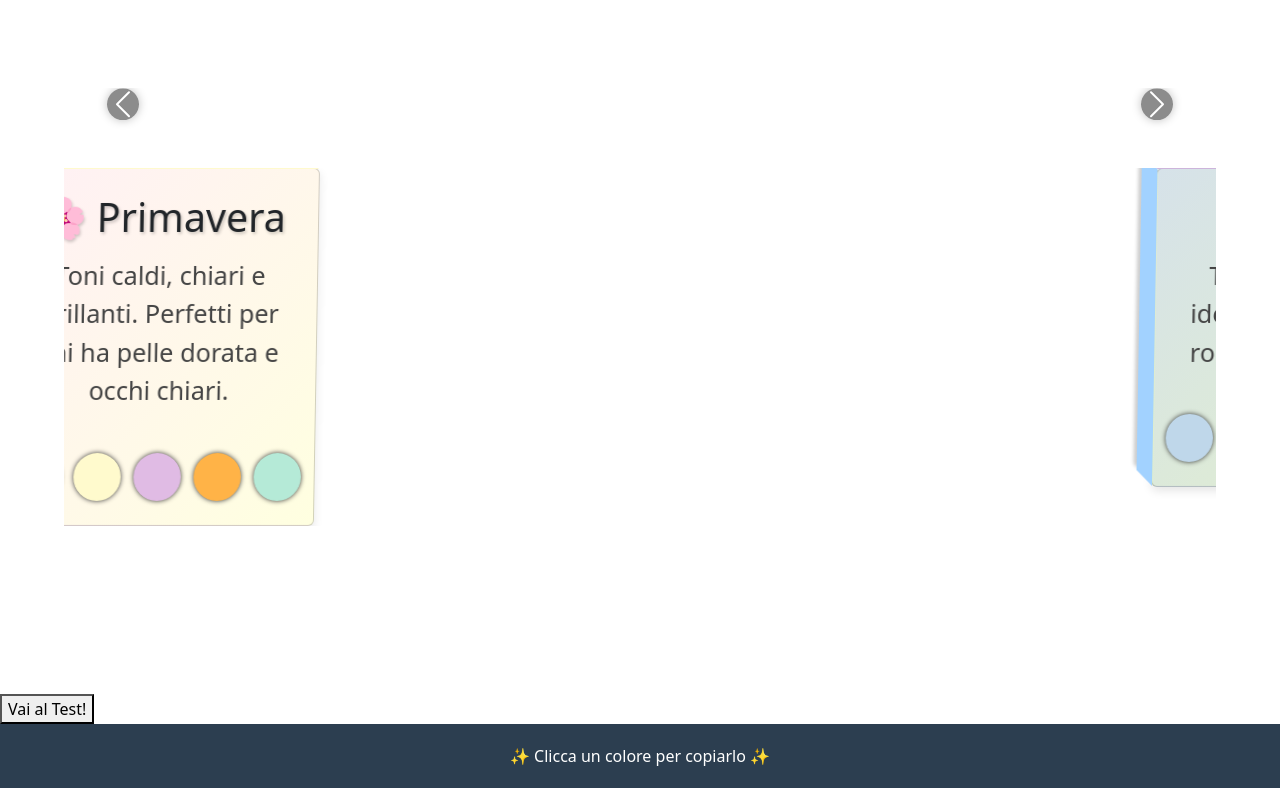
Repository: Probyte5D/Armocromia-website
Page: index.html
These files come from the project's save history. The page is drawn as it stood at one moment and after the next save; the edit follows.
The browser window is 1280 px wide. The pictures show the part of the page from y = 432 to 1220 px (the page is 1220 px tall before and 1104 px after).

Above is the page before, as saved 2025-04-18 02:45:05.

### index.html
<!DOCTYPE html>
<html lang="it">
<head>
  <meta charset="UTF-8" />
  <meta name="viewport" content="width=device-width, initial-scale=1.0" />
  <title>Armocromia - Scopri la tua stagione</title>
  <link rel="stylesheet" href="style.css" />
  <!-- Bootstrap CSS -->
  <link href="https://cdn.jsdelivr.net/npm/bootstrap@5.3.0-alpha1/dist/css/bootstrap.min.css" rel="stylesheet">
  <!-- Bootstrap JS e Popper.js (per alcuni componenti interattivi) -->
  <script src="https://cdn.jsdelivr.net/npm/@popperjs/core@2.11.6/dist/umd/popper.min.js"></script>
  <script src="https://cdn.jsdelivr.net/npm/bootstrap@5.3.0-alpha1/dist/js/bootstrap.min.js"></script>
</head>

<body>
  <!-- Navigation Bar -->
  <nav>
    <ul>
      <li><a href="#">Home</a></li>
      <li><a href="test.html">Test Armocromia</a></li>
      <li><a href="#">Chi Siamo</a></li>
    </ul>
  </nav>

  <!-- Header con sfondo sfuocato -->
  <header>
    <h1>🌈 Armocromia</h1>
    <p>Scopri le palette perfette per la tua stagione.</p>
  </header>

  <main>
    <!-- Carosello delle stagioni -->
    <section class="carousel-container">
      <div id="carouselExample" class="carousel slide" data-bs-ride="carousel">
        <div class="carousel-inner">
          <!-- Card Primavera -->
          <div class="carousel-item active">
            <div class="card primavera">
              <h3>🌸 Primavera</h3>
              <p>Toni caldi, chiari e brillanti. Perfetti per chi ha pelle dorata e occhi chiari.</p>
              <div class="palette">
                <div class="color" style="background-color: #FFD1DC;"></div>
                <div class="color" style="background-color: #FFFACD;"></div>
                <div class="color" style="background-color: #E0BBE4;"></div>
                <div class="color" style="background-color: #FFB347;"></div>
                <div class="color" style="background-color: #B5EAD7;"></div>
              </div>
            </div>
          </div>

          <!-- Card Estate -->
          <div class="carousel-item">
            <div class="card estate">
              <h3>☀️ Estate</h3>
              <p>Toni freddi e soft, ideali per carnagioni rosate e occhi chiari.</p>
              <div class="palette">
                <div class="color" style="background-color: #BFD7EA;"></div>
                <div class="color" style="background-color: #D6E2E9;"></div>
                <div class="color" style="background-color: #A2D2FF;"></div>
                <div class="color" style="background-color: #CDB4DB;"></div>
                <div class="color" style="background-color: #E2F0CB;"></div>
              </div>
            </div>
          </div>

          <!-- Card Autunno -->
          <div class="carousel-item">
            <div class="card autunno">
              <h3>🍁 Autunno</h3>
              <p>Toni caldi, intensi e terrosi. Per incarnati dorati e occhi scuri o verdi.</p>
              <div class="palette">
                <div class="color" style="background-color: #D2691E;"></div>
                <div class="color" style="background-color: #C3B091;"></div>
                <div class="color" style="background-color: #A0522D;"></div>
                <div class="color" style="background-color: #F4A460;"></div>
                <div class="color" style="background-color: #B22222;"></div>
              </div>
            </div>
          </div>

          <!-- Card Inverno -->
          <div class="carousel-item">
            <div class="card inverno">
              <h3>❄️ Inverno</h3>
              <p>Toni freddi e contrastati, perfetti per pelli olivastre e capelli scuri.</p>
              <div class="palette">
                <div class="color" style="background-color: #000000;"></div>
                <div class="color" style="background-color: #4169E1;"></div>
                <div class="color" style="background-color: #8A2BE2;"></div>
                <div class="color" style="background-color: #FF1493;"></div>
                <div class="color" style="background-color: #00CED1;"></div>
              </div>
            </div>
          </div>
        </div>

    <!-- Controlli per il carosello -->
<button class="carousel-control-prev" type="button" data-bs-target="#carouselExample" data-bs-slide="prev">
  <span class="carousel-control-prev-icon" aria-hidden="true"></span>
  <span class="visually-hidden">Precedente</span>
</button>
<button class="carousel-control-next" type="button" data-bs-target="#carouselExample" data-bs-slide="next">
  <span class="carousel-control-next-icon" aria-hidden="true"></span>
  <span class="visually-hidden">Successivo</span>
</button>

      </div>
    </section>

    <!-- Bottone per andare al test -->
    <section class="test-link">
      <a href="test.html">
        <button id="vai-al-test">Vai al Test!</button>
      </a>
    </section>
  </main>

  <!-- Footer -->
  <footer>
    <p>✨ Clicca un colore per copiarlo ✨</p>
  </footer>

  <script src="script.js">


  var myCarousel = document.querySelector('#carouselExample');
  var carousel = new bootstrap.Carousel(myCarousel);

  </script>
</body>
</html>

### style.css
/* Base styles */
body {
  font-family: 'Roboto', sans-serif;
  margin: 0;
  padding: 0;
  background-color: #f0f0f0;
}

.html{
  font-size: 62.5%;
}
/* Header */
header {
  background-image: url('https://images.unsplash.com/photo-1558452337-ca6e53836504?w=500&auto=format&fit=crop&q=60&ixlib=rb-4.0.3&ixid=M3wxMjA3fDB8MHxzZWFyY2h8MTMyfHxhcm1vY3JvbWlhJTIwcGFsZXR0ZSUyMHBpdHR1cmF8ZW58MHx8MHx8fDI%3D');
  background-size: cover;
  background-position: center;
  height: 60vh;
  color: white;
  display: flex;
  flex-direction: column;
  justify-content: center;
  align-items: center;
  text-shadow: 2px 2px 10px rgba(0, 0, 0, 0.6);
  position: relative;
}

header::before {
  content: '';
  position: absolute;
  top: 0;
  left: 0;
  width: 100%;
  height: 100%;
  background: rgba(0, 0, 0, 0.4);
}

header h1 {
  font-size: 3rem;
  margin: 0;
}

header p {
  font-size: 1.5rem;
  margin-top: 10px;
}

/* Navigation Bar */
nav {
  position: fixed;
  top: 0;
  left: 0;
  width: 100%;
  background-color: #2C3E50;
  padding: 15px 30px;
  z-index: 1000;
}

nav ul {
  display: flex;
  justify-content: space-around;
  list-style: none;
  margin: 0;
  padding: 0;
}

nav ul li {
  font-size: 1.2rem;
}

nav ul li a {
  color: white;
  text-decoration: none;
  padding: 10px 20px;
  border-radius: 5px;
  transition: background-color 0.3s ease;
}

nav ul li a:hover {
  background-color: #3498db;
}

/* Carosello e Cards */
.carousel {
  display: flex;
  justify-content: space-between;
  gap: 20px;
  margin: 40px 0;
  overflow-x: auto;
  padding: 20px;
}

.card {
  width: 250px;
  padding: 20px;
  background-color: white;
  border-radius: 10px;
  box-shadow: 0 4px 10px rgba(0, 0, 0, 0.1);
  transition: transform 0.3s ease;
}

.card:hover {
  transform: scale(1.05);
}

.card h3 {
  font-size: 1.5rem;
  margin-bottom: 15px;
}

.card p {
  font-size: 1.1rem;
  color: #555;
}

.palette {
  display: flex;
  justify-content: space-between;
  gap: 10px;
  margin-top: 10px;
}

.color {
  width: 50px;
  height: 50px;
  border-radius: 8px;
  box-shadow: 0 4px 8px rgba(0, 0, 0, 0.1);
}

/* Footer */
footer {
  text-align: center;
  padding: 20px;
  background-color: #2C3E50;
  color: white;
}

footer p {
  font-size: 1rem;
  margin: 0;
}

/* Media Queries */
@media (max-width: 768px) {
  header h1 {
    font-size: 2.5rem;
  }

  header p {
    font-size: 1.2rem;
  }

  nav ul {
    flex-direction: column;
    align-items: center;
  }

  nav ul li {
    margin: 10px 0;
  }

  .carousel {
    flex-direction: column;
    align-items: center;
  }
}

.carousel {
  display: flex;
  flex-wrap: wrap;
  justify-content: center;
  gap: 3rem;
  padding: 5rem 2rem;
}

.card {
  position: relative;
  width: 30rem;
  padding: 3rem;
  border-radius: 1.5rem;
  background-color: rgba(255, 255, 255, 0.9);
  box-shadow: 0.8rem 0.8rem 2rem rgba(0, 0, 0, 0.3);
  transform: rotateY(10deg) skewX(-1deg);
  transition: transform 0.4s, box-shadow 0.4s;
  display: flex;
  flex-direction: column;
  align-items: center;
  text-align: center;
}

.card:hover {
  transform: rotateY(10deg) skewX(-1deg) translateY(-1rem);
  box-shadow: 1.5rem 1.5rem 3rem rgba(0, 0, 0, 0.4);
}

.card::before {
  content: "";
  position: absolute;
  top: 0;
  left: -1rem;
  width: 1rem;
  height: 100%;
  background-color: #bba584;
  transform: skewY(45deg);
  transform-origin: right;
  box-shadow: -.2rem -.2rem .2rem rgba(0,0,0,0.2);
}

.card::after {
  content: "";
  position: absolute;
  top: -1rem;
  left: 0;
  width: 100%;
  height: 1rem;
  background-color: #eee1c6;
  transform: skewX(45deg);
  transform-origin: bottom;
  box-shadow: -.2rem -.2rem .2rem rgba(0,0,0,0.2);
}

.card h3 {
  font-size: 2.5rem;
  margin-bottom: 1rem;
  text-shadow: 0.1rem 0.1rem 0.2rem #00000033;
}

.card p {
  font-size: 1.6rem;
  font-weight: 500;
  margin-bottom: 2rem;
  color: #444;
}

.palette {
  display: flex;
  gap: 0.8rem;
}

.color {
  width: 3rem;
  height: 3rem;
  border-radius: 50%;
  box-shadow: 0 0 0.3rem #333;
  cursor: pointer;
  transition: transform 0.3s;
}

.color:hover {
  transform: scale(1.2);
}

.primavera {
  background: linear-gradient(135deg, #fff0f5, #ffffe0);
  border-left: 1rem solid #ffd1dc;
}
.primavera::before {
  background-color: #ffb6c1;
}
.primavera::after {
  background-color: #fffacd;
}

.estate {
  background: linear-gradient(135deg, #d6e2e9, #e2f0cb);
  border-left: 1rem solid #a2d2ff;
}
.estate::before {
  background-color: #a2d2ff;
}
.estate::after {
  background-color: #cdb4db;
}

.autunno {
  background: linear-gradient(135deg, #fff5e1, #f4a460);
  border-left: 1rem solid #a0522d;
}
.autunno::before {
  background-color: #d2691e;
}
.autunno::after {
  background-color: #c3b091;
}

.inverno {
  background: linear-gradient(135deg, #e0e0e0, #d1d1ff);
  border-left: 1rem solid #8a2be2;
}
.inverno::before {
  background-color: #000000;
}
.inverno::after {
  background-color: #4169e1;
}



 /* Carosello delle stagioni */
.carousel-container {
  padding: 3rem 2rem;
  position: relative; /* Assicurati che le frecce siano posizionate rispetto a questa sezione */
}

.carousel-inner {
  display: flex;
  overflow: hidden;
}

.carousel-item {
  flex: 0 0 auto;
  width: 250px; /* Ridotto per dare spazio alle frecce */
  margin-right: 20px;
  transition: transform 0.3s ease;
}

.card {
  position: relative;
  width: 20rem; /* La card si adatta alla larghezza impostata */
  padding: 1.5rem;
  background-color: rgba(255, 255, 255, 0.9);
  border-radius: 1rem;
  box-shadow: 0 4px 10px rgba(0, 0, 0, 0.1);
  transition: transform 0.2s ease;
  display: flex;
  flex-direction: column;
  align-items: center;
  text-align: center;

}


/* Stile per le frecce */
.carousel-control-prev-icon,
.carousel-control-next-icon {
  background-color: rgba(0, 0, 0, 0.9); /* Maggiore contrasto per la visibilità */
  border-radius: 50%;
  width: 40px;  /* Aumenta la dimensione della freccia */
  height: 40px;
  background-size: 30px; /* Dimensioni dell'icona */
  margin-top: 2rem;
  box-shadow: 0 0 10px rgba(0, 0, 0, 0.5); /* Aggiungi ombra per maggiore visibilità */
}

.carousel-control-prev,
.carousel-control-next {
  position: absolute;
  top: 50%;
  transform: translateY(-50%);
  z-index: 15; /* Assicurati che siano sopra le cards */
  background-color: rgba(17, 17, 17, 0.5); /* Colore di sfondo delle frecce */
  padding: 10px;
  border-radius: 50%;
  cursor: pointer; /* Aggiungi un cursore per l'interattività */
}

.carousel-control-prev {
  left: 10px; /* Posizione della freccia sinistra */
  color: #000000;
}

.carousel-control-next {
  right: 10px; /* Posizione della freccia destra */
}

/* Responsività per schermi più piccoli */
@media (max-width: 768px) {
  .carousel-item {
    width: 100%;
  }
}

### script.js
/*document.getElementById('armocromiaTest').addEventListener('submit', function(e) {
  e.preventDefault();

  const capelli = document.querySelector('input[name="capelli"]:checked')?.value;
  const occhi = document.querySelector('input[name="occhi"]:checked')?.value;
  const pelle = document.querySelector('input[name="pelle"]:checked')?.value;

  if (!capelli || !occhi || !pelle) {
    alert('Per favore, rispondi a tutte le domande.');
    return;
  }

  let stagione = '';
  let palette = [];

  // Logica semplificata per determinare la stagione
  if (capelli === 'chiari' && occhi === 'chiari' && pelle === 'si_abbronza') {
    stagione = 'Primavera';
    palette = ['#FFD1DC', '#FFFACD', '#E0BBE4', '#FFB347', '#B5EAD7'];
  } else if (capelli === 'chiari' && occhi === 'chiari' && pelle === 'si_scotta') {
    stagione = 'Estate';
    palette = ['#BFD7EA', '#D6E2E9', '#A2D2FF', '#CDB4DB', '#E2F0CB'];
  } else if (capelli === 'scuri' && occhi === 'scuri' && pelle === 'si_abbronza') {
    stagione = 'Autunno';
    palette = ['#D2691E', '#C3B091', '#A0522D', '#F4A460', '#B22222'];
  } else {
    stagione = 'Inverno';
    palette = ['#000000', '#4169E1', '#8A2BE2', '#FF1493', '#00CED1'];
  }

  document.getElementById('stagione').textContent = `La tua stagione è: ${stagione}`;
  const paletteContainer = document.getElementById('palette');
  paletteContainer.innerHTML = '';
  palette.forEach(color => {
    const div = document.createElement('div');
    div.className = 'color-box';
    div.style.backgroundColor = color;
    div.title = color;
    div.addEventListener('click', () => {
      navigator.clipboard.writeText(color);
      alert(`Colore ${color} copiato negli appunti!`);
    });
    paletteContainer.appendChild(div);
  });

  document.getElementById('risultato').classList.remove('hidden');
});
*/

After the next save:
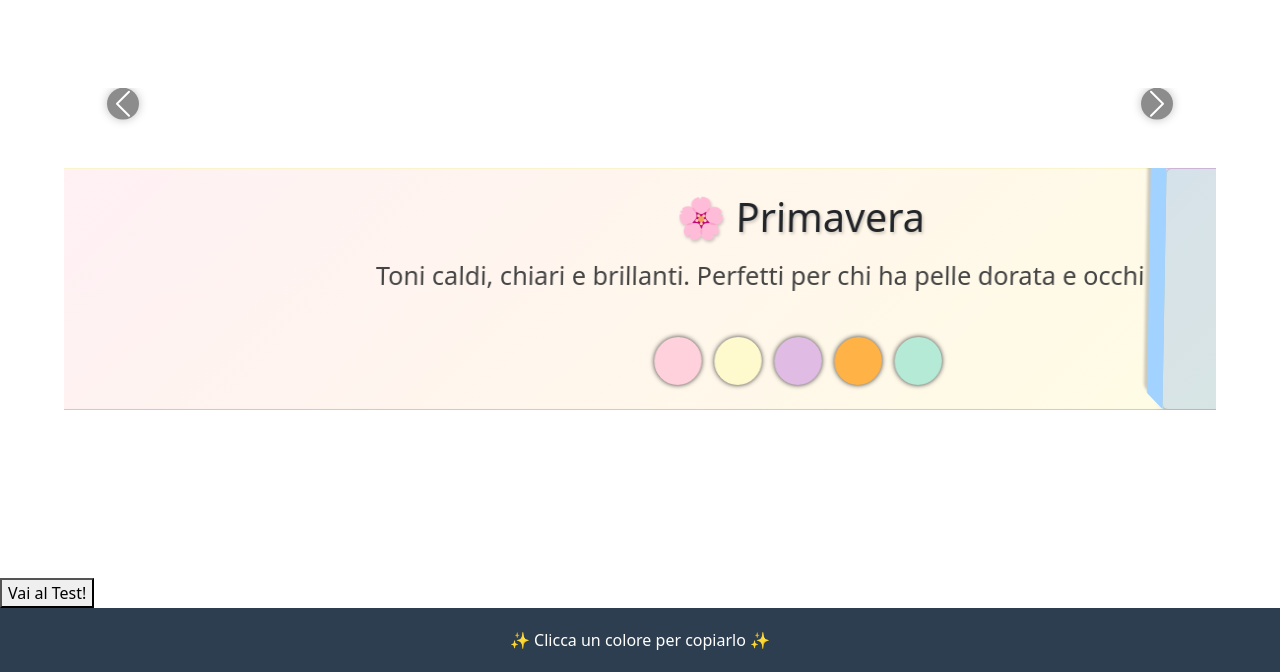
Saved 6 s later.
--- a/style.css
+++ b/style.css
@@ -315,7 +315,7 @@ footer p {
 
 .card {
   position: relative;
-  width: 20rem; /* La card si adatta alla larghezza impostata */
+  width: 100rem; /* La card si adatta alla larghezza impostata */
   padding: 1.5rem;
   background-color: rgba(255, 255, 255, 0.9);
   border-radius: 1rem;
